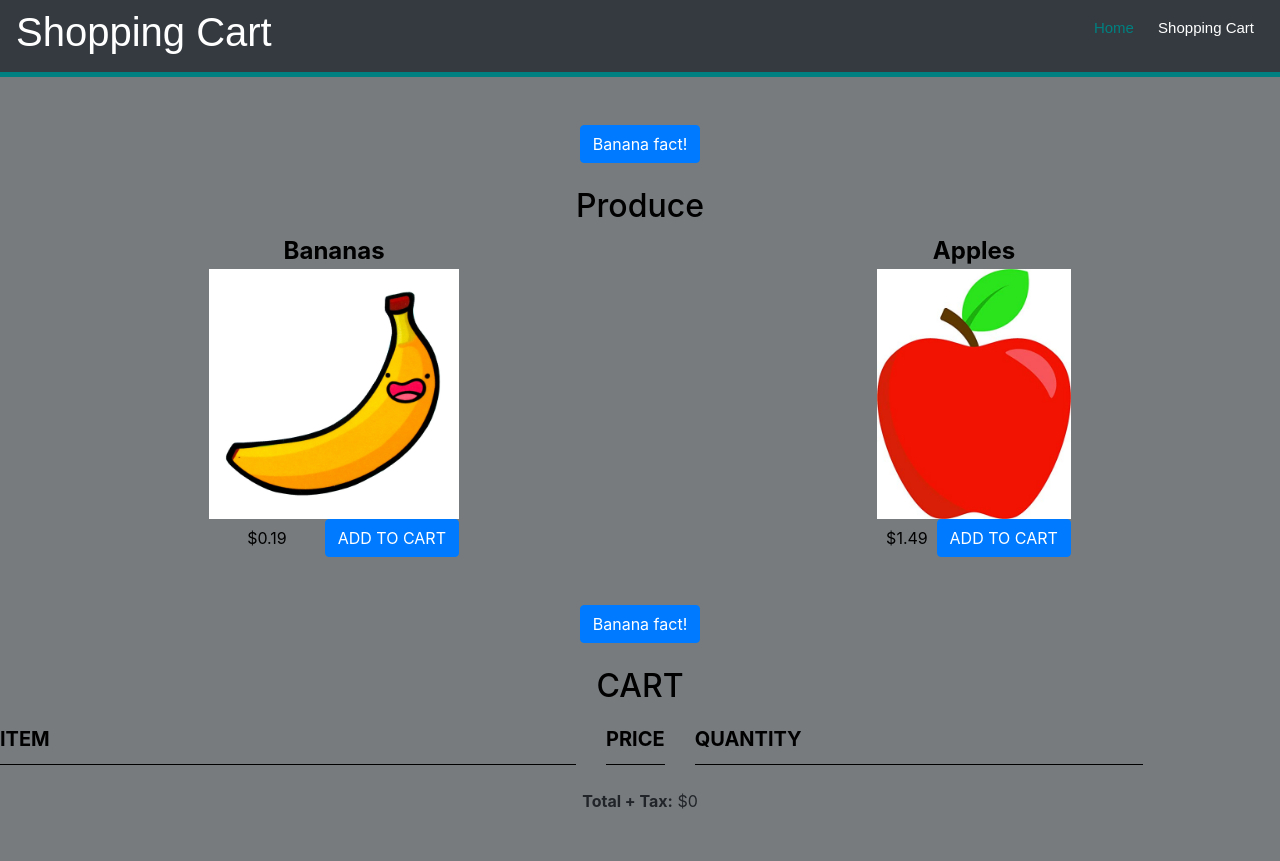
Repository: ElijahHallera/336-Internet-Prog
Page: cst336_s2020Assignment2-master/cst336_s2020Assignment2-master/shoppingcart.html
The author's editor kept a record of every edit. The page is drawn from the files as they stood at one moment, then again after the next edit.
The browser window is 1280 px wide. The pictures show the whole page.

Above is the page before.

After the next edit:
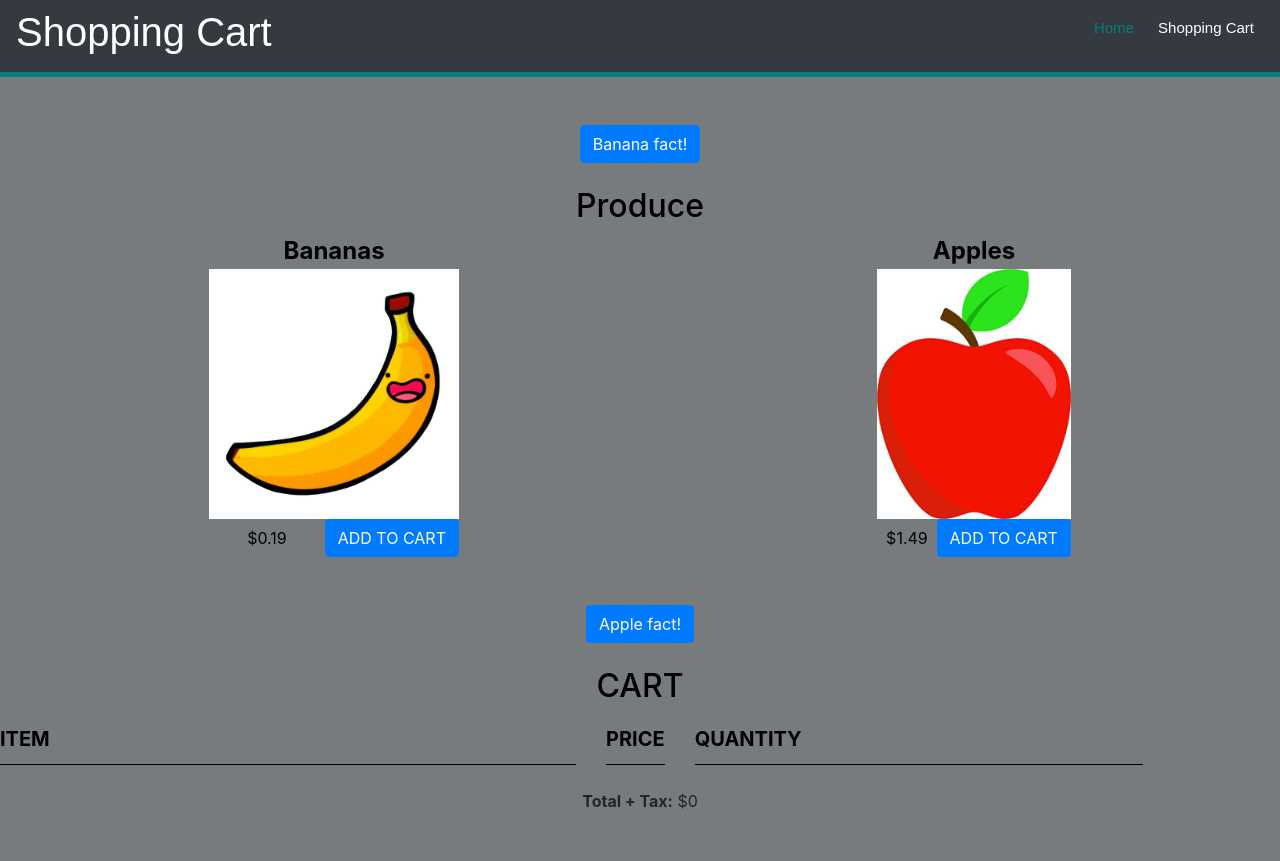
The edit:
--- a/cst336_s2020Assignment2-master/cst336_s2020Assignment2-master/shoppingcart.html
+++ b/cst336_s2020Assignment2-master/cst336_s2020Assignment2-master/shoppingcart.html
@@ -55,7 +55,7 @@
 
         </br>
 		</br>
-        <button id = "fun-fact" class = "btn btn-primary"> Banana fact! </button>
+        <button id = "apple-fact" class = "btn btn-primary"> Apple fact! </button>
 		</br>
 		</br>
 
